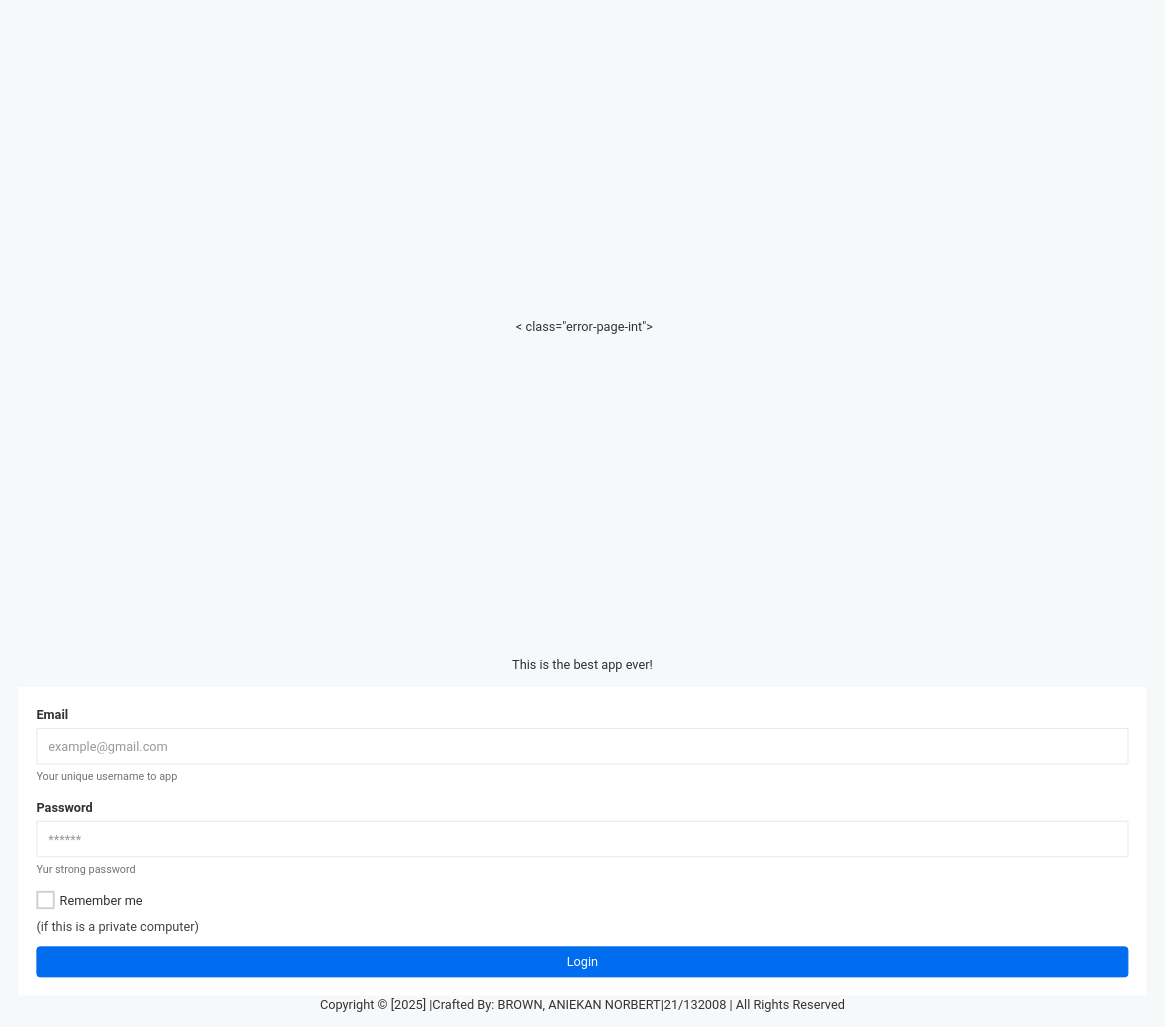
Repository: walterjnr1/crowdfunding-system
Page: http://localhost/Admin/login.php
An editor plug-in stored every save of this project. The page is shown before and after a run of saves, followed by the edit.
The browser window is 1280 px wide. The pictures show the whole page, at 91% of full size.
Some web fonts or font styles are not loaded; a fallback is used. The page is run by PHP 8.4 with error messages shown; the project is at /var/www/html/. Other server files are loaded and not shown.

Above is the page before, as saved 2025-02-20 12:05:34.

### Admin/login.php
<!doctype html>
<html class="no-js" lang="en">

<head>
    <meta charset="utf-8">
    <meta http-equiv="x-ua-compatible" content="ie=edge">
    <title>Login</title>
    <meta name="description" content="">
    <meta name="viewport" content="width=device-width, initial-scale=1">
    <!-- favicon
		============================================ -->
    <link rel="icon" type="image/png" sizes="16x16" href="../uploadImage/Logo/logo.png">
    <!-- Google Fonts
		============================================ -->
    <link href="https://fonts.googleapis.com/css?family=Play:400,700" rel="stylesheet">
    <!-- Bootstrap CSS
		============================================ -->
    <link rel="stylesheet" href="css/bootstrap.min.css">
    <!-- Bootstrap CSS
		============================================ -->
    <link rel="stylesheet" href="css/font-awesome.min.css">
    <!-- owl.carousel CSS
		============================================ -->
    <link rel="stylesheet" href="css/owl.carousel.css">
    <link rel="stylesheet" href="css/owl.theme.css">
    <link rel="stylesheet" href="css/owl.transitions.css">
    <!-- animate CSS
		============================================ -->
    <link rel="stylesheet" href="css/animate.css">
    <!-- normalize CSS
		============================================ -->
    <link rel="stylesheet" href="css/normalize.css">
    <!-- main CSS
		============================================ -->
    <link rel="stylesheet" href="css/main.css">
    <!-- morrisjs CSS
		============================================ -->
    <link rel="stylesheet" href="css/morrisjs/morris.css">
    <!-- mCustomScrollbar CSS
		============================================ -->
    <link rel="stylesheet" href="css/scrollbar/jquery.mCustomScrollbar.min.css">
    <!-- metisMenu CSS
		============================================ -->
    <link rel="stylesheet" href="css/metisMenu/metisMenu.min.css">
    <link rel="stylesheet" href="css/metisMenu/metisMenu-vertical.css">
    <!-- calendar CSS
		============================================ -->
    <link rel="stylesheet" href="css/calendar/fullcalendar.min.css">
    <link rel="stylesheet" href="css/calendar/fullcalendar.print.min.css">
    <!-- forms CSS
		============================================ -->
    <link rel="stylesheet" href="css/form/all-type-forms.css">
    <!-- style CSS
		============================================ -->
    <link rel="stylesheet" href="style.css">
    <!-- responsive CSS
		============================================ -->
    <link rel="stylesheet" href="css/responsive.css">
    <!-- modernizr JS
		============================================ -->
    <script src="js/vendor/modernizr-2.8.3.min.js"></script>
</head>

<body>
    <!--[if lt IE 8]>
		<p class="browserupgrade">You are using an <strong>outdated</strong> browser. Please <a href="http://browsehappy.com/">upgrade your browser</a> to improve your experience.</p>
	<![endif]-->
	<div class="error-pagewrap">
		< class="error-page-int">
			<div class="text-center m-b-md custom-login">
				<p>This is the best app ever!</p>
			</div>
			<div class="content-error">
				<div class="hpanel">
                    <div class="panel-body">
                        <form action="#" id="loginForm">
                            <div class="form-group">
                                <label class="control-label" for="username">Email</label>
                                <input type="text" placeholder="example@gmail.com" title="Please enter you username" required="" value="" name="username" id="username" class="form-control">
                                <span class="help-block small">Your unique username to app</span>
                            </div>
                            <div class="form-group">
                                <label class="control-label" for="password">Password</label>
                                <input type="password" title="Please enter your password" placeholder="******" required="" value="" name="password" id="password" class="form-control">
                                <span class="help-block small">Yur strong password</span>
                            </div>
                            <div class="checkbox login-checkbox">
                                <label>
										<input type="checkbox" class="i-checks"> Remember me </label>
                                <p class="help-block small">(if this is a private computer)</p>
                            </div>
                            <button class="btn btn-success btn-block loginbtn">Login</button>
                        </form>
                    </div>
                </div>
			</div>
<?php include('../inc/footer.php');?>

		</div>
    </div>
    <!-- jquery
		============================================ -->
    <script src="js/vendor/jquery-1.12.4.min.js"></script>
    <!-- bootstrap JS
		============================================ -->
    <script src="js/bootstrap.min.js"></script>
    <!-- wow JS
		============================================ -->
    <script src="js/wow.min.js"></script>
    <!-- price-slider JS
		============================================ -->
    <script src="js/jquery-price-slider.js"></script>
    <!-- meanmenu JS
		============================================ -->
    <script src="js/jquery.meanmenu.js"></script>
    <!-- owl.carousel JS
		============================================ -->
    <script src="js/owl.carousel.min.js"></script>
    <!-- sticky JS
		============================================ -->
    <script src="js/jquery.sticky.js"></script>
    <!-- scrollUp JS
		============================================ -->
    <script src="js/jquery.scrollUp.min.js"></script>
    <!-- mCustomScrollbar JS
		============================================ -->
    <script src="js/scrollbar/jquery.mCustomScrollbar.concat.min.js"></script>
    <script src="js/scrollbar/mCustomScrollbar-active.js"></script>
    <!-- metisMenu JS
		============================================ -->
    <script src="js/metisMenu/metisMenu.min.js"></script>
    <script src="js/metisMenu/metisMenu-active.js"></script>
    <!-- tab JS
		============================================ -->
    <script src="js/tab.js"></script>
    <!-- icheck JS
		============================================ -->
    <script src="js/icheck/icheck.min.js"></script>
    <script src="js/icheck/icheck-active.js"></script>
    <!-- plugins JS
		============================================ -->
    <script src="js/plugins.js"></script>
    <!-- main JS
		============================================ -->
    <script src="js/main.js"></script>
    <!-- tawk chat JS
		============================================ -->
    <script src="js/tawk-chat.js"></script>
</body>

</html>

### inc/footer.php
<footer class="footer">
        <div class="container">
            <p class="m-0"> Copyright &copy; [<?php echo date("Y")?>] |Crafted By: BROWN, ANIEKAN NORBERT|21/132008 | All Rights Reserved </p>
        </div>
    </footer>

### Admin/css/main.css
/*! HTML5 Boilerplate v5.2.0 | MIT License | https://html5boilerplate.com/ */

/*
 * What follows is the result of much research on cross-browser styling.
 * Credit left inline and big thanks to Nicolas Gallagher, Jonathan Neal,
 * Kroc Camen, and the H5BP dev community and team.
 */

/* ==========================================================================
   Base styles: opinionated defaults
   ========================================================================== */

html {
    color: #222;
    font-size: 1em;
    line-height: 1.4;
}

/*
 * Remove text-shadow in selection highlight:
 * https://twitter.com/miketaylr/status/12228805301
 *
 * These selection rule sets have to be separate.
 * Customize the background color to match your design.
 */

::-moz-selection {
    background: #b3d4fc;
    text-shadow: none;
}

::selection {
    background: #b3d4fc;
    text-shadow: none;
}

/*
 * A better looking default horizontal rule
 */

hr {
    display: block;
    height: 1px;
    border: 0;
    border-top: 1px solid #ccc;
    margin: 1em 0;
    padding: 0;
}

/*
 * Remove the gap between audio, canvas, iframes,
 * images, videos and the bottom of their containers:
 * https://github.com/h5bp/html5-boilerplate/issues/440
 */

audio,
canvas,
iframe,
img,
svg,
video {
    vertical-align: middle;
}

/*
 * Remove default fieldset styles.
 */

fieldset {
    border: 0;
    margin: 0;
    padding: 0;
}

/*
 * Allow only vertical resizing of textareas.
 */

textarea {
    resize: vertical;
}

/* ==========================================================================
   Browser Upgrade Prompt
   ========================================================================== */

.browserupgrade {
    margin: 0.2em 0;
    background: #ccc;
    color: #000;
    padding: 0.2em 0;
}

/* ==========================================================================
   Author's custom styles
   ========================================================================== */

















/* ==========================================================================
   Helper classes
   ========================================================================== */

/*
 * Hide visually and from screen readers:
 */

.hidden {
    display: none !important;
}

/*
 * Hide only visually, but have it available for screen readers:
 * http://snook.ca/archives/html_and_css/hiding-content-for-accessibility
 */

.visuallyhidden {
    border: 0;
    clip: rect(0 0 0 0);
    height: 1px;
    margin: -1px;
    overflow: hidden;
    padding: 0;
    position: absolute;
    width: 1px;
}

/*
 * Extends the .visuallyhidden class to allow the element
 * to be focusable when navigated to via the keyboard:
 * https://www.drupal.org/node/897638
 */

.visuallyhidden.focusable:active,
.visuallyhidden.focusable:focus {
    clip: auto;
    height: auto;
    margin: 0;
    overflow: visible;
    position: static;
    width: auto;
}

/*
 * Hide visually and from screen readers, but maintain layout
 */

.invisible {
    visibility: hidden;
}

/*
 * Clearfix: contain floats
 *
 * For modern browsers
 * 1. The space content is one way to avoid an Opera bug when the
 *    `contenteditable` attribute is included anywhere else in the document.
 *    Otherwise it causes space to appear at the top and bottom of elements
 *    that receive the `clearfix` class.
 * 2. The use of `table` rather than `block` is only necessary if using
 *    `:before` to contain the top-margins of child elements.
 */

.clearfix:before,
.clearfix:after {
    content: " "; /* 1 */
    display: table; /* 2 */
}

.clearfix:after {
    clear: both;
}

/* ==========================================================================
   EXAMPLE Media Queries for Responsive Design.
   These examples override the primary ('mobile first') styles.
   Modify as content requires.
   ========================================================================== */

@media only screen and (min-width: 35em) {
    /* Style adjustments for viewports that meet the condition */
}

@media print,
       (-webkit-min-device-pixel-ratio: 1.25),
       (min-resolution: 1.25dppx),
       (min-resolution: 120dpi) {
    /* Style adjustments for high resolution devices */
}

/* ==========================================================================
   Print styles.
   Inlined to avoid the additional HTTP request:
   http://www.phpied.com/delay-loading-your-print-css/
   ========================================================================== */

@media print {
    *,
    *:before,
    *:after {
        background: transparent !important;
        color: #000 !important; /* Black prints faster:
                                   http://www.sanbeiji.com/archives/953 */
        box-shadow: none !important;
        text-shadow: none !important;
    }

    a,
    a:visited {
        text-decoration: underline;
    }

    a[href]:after {
        content: " (" attr(href) ")";
    }

    abbr[title]:after {
        content: " (" attr(title) ")";
    }

    /*
     * Don't show links that are fragment identifiers,
     * or use the `javascript:` pseudo protocol
     */

    a[href^="#"]:after,
    a[href^="javascript:"]:after {
        content: "";
    }

    pre,
    blockquote {
        border: 1px solid #999;
        page-break-inside: avoid;
    }

    /*
     * Printing Tables:
     * http://css-discuss.incutio.com/wiki/Printing_Tables
     */

    thead {
        display: table-header-group;
    }

    tr,
    img {
        page-break-inside: avoid;
    }

    img {
        max-width: 100% !important;
    }

    p,
    h2,
    h3 {
        orphans: 3;
        widows: 3;
    }

    h2,
    h3 {
        page-break-after: avoid;
    }
}

### Admin/css/metisMenu/metisMenu-vertical.css
.sidebar-nav {
    background: #fff;
}
.sidebar-nav ul {
    padding: 0;
    margin: 0;
    list-style: none;
    background: #f5f5f5;
}
.sidebar-nav .metismenu {
    background: #fff;
    display: -webkit-box;
    display: -ms-flexbox;
    display: flex;
    -webkit-box-orient: vertical;
    -webkit-box-direction: normal;
    -ms-flex-direction: column;
    flex-direction: column;
}
.sidebar-nav .metismenu li + li {
  margin-top: 5px;
}
.sidebar-nav .metismenu li:last-child {
  margin-bottom: 5px;
}
.sidebar-nav .metismenu > li {
/*    -webkit-box-flex: 1;
    -ms-flex: 1 1 0%;
    flex: 1 1 0%;*/
    display: -webkit-box;
    display: -ms-flexbox;
    display: flex;
    -webkit-box-orient: vertical;
    -webkit-box-direction: normal;
    -ms-flex-direction: column;
    flex-direction: column;
    position: relative;
}
.sidebar-nav .metismenu a {
    position: relative;
    display: block;
    padding: 13px 15px;
    color: #444;
    outline-width: 0;
    transition: all .3s ease-out;
	font-size:16px;
	font-weight:400;
}

.sidebar-nav .metismenu ul a {
    padding: 10px 15px 10px 40px;
}

.sidebar-nav .metismenu ul ul a {
    padding: 10px 15px 10px 45px;
}
.sidebar-nav .metismenu a:hover,
.sidebar-nav .metismenu a:focus,
.sidebar-nav .metismenu a:active {
    color: #555;
    text-decoration: none;
    background: #e12503;
}
.sidebar-nav .metismenu li .icon-wrap{
	margin-right:5px;
	font-size:20px;
	color:#303030;
}
.sidebar-nav .metismenu li .sub-icon-mg{
	margin-right:5px;
	font-size:16px;
}
#sidebar.active .metismenu li .mini-click-non{
	display:none;
}
#sidebar.active .metismenu li .has-arrow:after{
	display:none;
}
#sidebar.active .metismenu li .submenu-angle li a {
    padding: 10px 20px 10px 20px;
}

Loaded but not shown: Admin/css/bootstrap.min.css (library); Admin/css/font-awesome.min.css (library); Admin/css/owl.carousel.css (common file); Admin/css/owl.theme.css (common file); Admin/css/owl.transitions.css (library); Admin/css/animate.css (library); Admin/css/normalize.css (library); Admin/css/morrisjs/morris.css (common file); Admin/css/scrollbar/jquery.mCustomScrollbar.min.css (library); Admin/css/metisMenu/metisMenu.min.css (common file); Admin/css/calendar/fullcalendar.min.css (library); Admin/css/calendar/fullcalendar.print.min.css (common file); Admin/css/form/all-type-forms.css (library); Admin/js/bootstrap.min.js (library); Admin/js/wow.min.js (library); Admin/js/jquery-price-slider.js (library); Admin/js/jquery.meanmenu.js (library); Admin/js/owl.carousel.min.js (library); Admin/js/jquery.sticky.js (library); Admin/js/jquery.scrollUp.min.js (common file); Admin/js/scrollbar/jquery.mCustomScrollbar.concat.min.js (library); Admin/js/metisMenu/metisMenu.min.js (library); Admin/js/metisMenu/metisMenu-active.js (common file); Admin/js/icheck/icheck.min.js (library); Admin/js/icheck/icheck-active.js (common file); Admin/js/tawk-chat.js (common file); Admin/js/tab.js (155 lines, source omitted); Admin/js/main.js (100 lines, source omitted); Admin/js/scrollbar/mCustomScrollbar-active.js (58 lines, source omitted); Admin/js/plugins.js (24 lines, source omitted); Admin/style.css (4721 lines, source omitted); Admin/css/responsive.css (755 lines, source omitted)

After the next 3 saves:
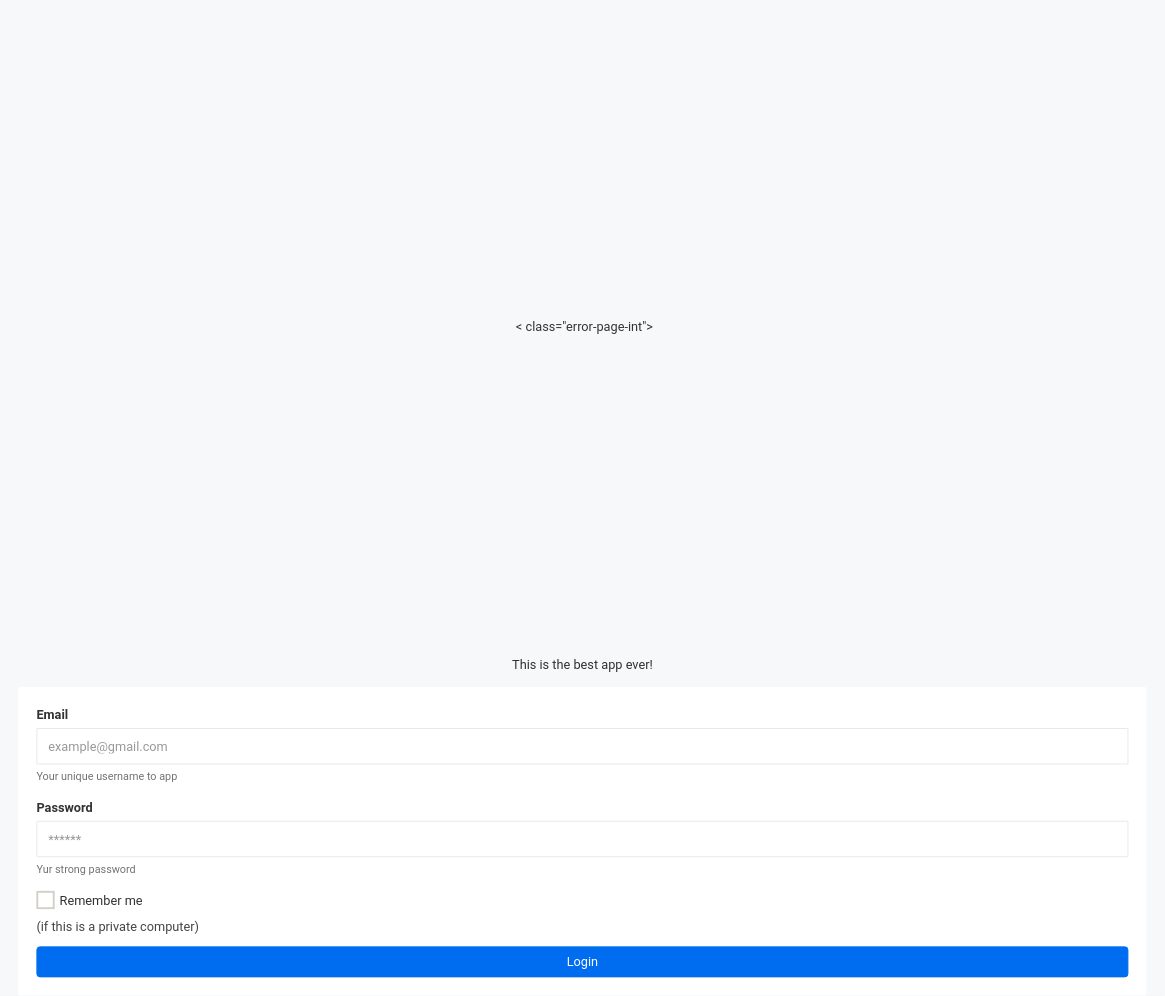
The 3 saves are shown as one change because they came seconds apart.
The last was saved 11 s later.
--- a/Admin/login.php
+++ b/Admin/login.php
@@ -94,7 +94,6 @@
                     </div>
                 </div>
 			</div>
-<?php include('../inc/footer.php');?>
 
 		</div>
     </div>
